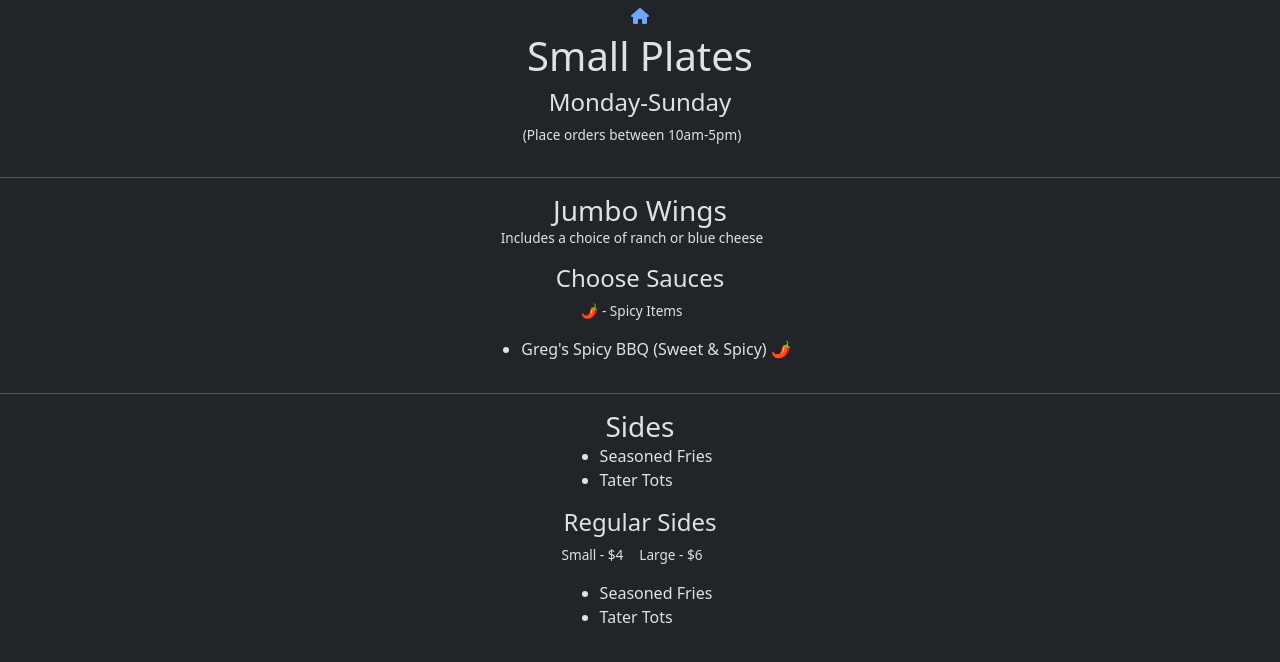
Repository: dukedward/smokehousemenu
Page: plates/index.html
The author's editor kept a copy of each file at every save. The page is drawn from the files as they stood at one save, then again after the next save.
The browser window is 1280 px wide. The pictures show the whole page.
Some web libraries are served in a nearby version.

Above is the page before, as saved 2023-03-06 13:23:26.

### plates/index.html
<!DOCTYPE html>
<html lang="en" data-bs-theme="dark">
<head>
    <meta charset="UTF-8">
    <meta http-equiv="X-UA-Compatible" content="IE=edge">
    <meta name="viewport" content="width=device-width, initial-scale=1.0">
    <link rel="stylesheet" href="https://cdnjs.cloudflare.com/ajax/libs/font-awesome/6.3.0/css/all.min.css" integrity="sha512-SzlrxWUlpfuzQ+pcUCosxcglQRNAq/DZjVsC0lE40xsADsfeQoEypE+enwcOiGjk/bSuGGKHEyjSoQ1zVisanQ==" crossorigin="anonymous" referrerpolicy="no-referrer" />
    <link href="https://cdn.jsdelivr.net/npm/bootstrap@5.3.0-alpha1/dist/css/bootstrap.min.css" rel="stylesheet" integrity="sha384-GLhlTQ8iRABdZLl6O3oVMWSktQOp6b7In1Zl3/Jr59b6EGGoI1aFkw7cmDA6j6gD" crossorigin="anonymous">
    <link rel="stylesheet" href="../style.css" />
    <link rel="shortcut icon" href="../images/favicon.ico" type="image/x-icon">
    <title>Small Plates</title>
</head>
<body>
    <div class="title">
        <a href="/">
            <i class="fa-solid fa-house mt-2 mb-2"></i>
        </a>
        <h1>Small Plates</h1>
        <h4>Monday-Sunday</h4>
        <p>(Place orders between 10am-5pm)</p>
    </div>
    <!-- <hr>
    <div class="sections">
        <div class="sect">
            <h3>Jumbo Wings</h3>
            <div class="desc">
                <p>Includes a choice of ranch or blue cheese</p>
            </div>
            <div class="sub-sect">
                <h4>Choose Amount:</h4>
                <ul>
                    <li>5pc - $7.50</li>
                    <li>10pc - $13</li>
                    <li>20pc - $22</li>
                    <li>30pc - $31</li>
                </ul>
            </div>
            <div class="sub-sect">
                <h4>Choose Style:</h4>
                <ul>
                    <li>Traditional Fried</li>
                    <li>Smoke Fried</li>
                    <li>Signature Wild Wings</li>
                </ul>
            </div>
            <div class="sub-sect">
                <h4>Choose Sauces:</h4>
                <div class="desc">
                    <p>🌶️ - Spicy items</p>
                </div>
                <ul>
                    <li>Greg's Sweet BBQ</li>
                    <li>Sweet Teriyaki</li>
                    <li>Garlic Parmesan</li>
                    <li>Honey Mustard</li>
                    <li>Lemon Pepper</li>
                    <li>Carolina Gold 🌶️</li>
                    <li>Buffalo Sauce 🌶️</li>
                    <li>Hot Garlic 🌶️</li>
                    <li>Hot Honey Garlic 🌶️</li>
                    <li>Greg's Spicy BBQ (Sweet & Spicy) 🌶️</li>
                    <li>Honey Sriracha 🌶️</li>
                    <li>Spicy Honey Mustard 🌶️</li>
                    <li>Sweet Thai Chili 🌶️</li>
                </ul>
            </div>
        </div>
        <hr>
        <div class="sect">
            <h3>Smoked Pork Ribs</h3>
            <ul>
                <li>(2) Bone - $7</li>
                <li>Half Rack - $17.50</li>
                <li>Full Rack - $33</li>
            </ul>
            <h3>Smoked Beef Ribs</h3>
            <ul>
                <li>(1) Bone - $15</li>
                <li>(2) Bones - $25</li>
            </ul>
        </div>
        <hr>
        <div class="sect">
            <h3>Regular Sides</h3>
            <div class="desc">
                <p>Small - $4</p>
                <p>Large - $6</p>
            </div>
            <ul>
                <li>Seasoned Fries</li>
                <li>Tater Tots</li>
            </ul>
            <h3>Specialty Sides</h3>
            <div class="desc">
                <p>Cup - $7</p>
                <p>Pint - $12</p>
                <p>Quart - $21</p>
            </div>
            <ul>
                <li>White chedder Mac-n-Cheese</li>
                <li>Mommas Baked Beans (made w/ beef)</li>
                <li>Southern Green Beans (made w/ Turkey)</li>
            </ul>
            <h3>Garlic Toast</h3>
            <ul>
                <li>Small Basket (3) - $4</li>
                <li>Large Basket (6) - $6</li>
            </ul>
        </div>
        <hr>
        <div class="sect">
            <h3>Plates</h3>
            <div class="desc">
                <p>Includes 1 side & garlic toast</p>
                <p>$3 extra for specialty sides</p>
            </div>
            <ul>
                <li>Fried Shrimp Plate - $16</li>
                <li>Fried Catfish Plate - $16</li>
                <li>Small Wing Plate (5) - $10</li>
                <li>Large Wing Plate (10) - $16</li>
                <li>Chicken Finger Plate (4) - $12</li>
                <li>BBQ Chicken Plate (Leg & Thigh) - $11</li>
                <li>Fried Chicken Plate (Leg & Thigh) - $12</li>
                <li>Pulled Pork (1/2 lb) - $13</li>
                <li>Pork Rib Plate (4) - $15</li>
                <li>Beef Short Rib Plate (1/2 lb) - $20</li>
                <li>Smoked Sausage (1 lb Sliced) - $12</li>
            </ul>
        </div>
        <hr>
        <div class="sect">
            <h3>Sandwiches</h3>
            <div class="desc">
                <p>Includes one side</p>
            </div>
            <ul>
                <li>Chicken Sandwich - $13</li>
                <li>Short Rib Sandwich - $18</li>
                <li>Sausage & Peppers Pork - $15</li>
                <li>Cheese Burger - $11</li>
            </ul>
            <h3>Sliders</h3>
            <div class="desc">
                <p>Includes one side and sauce of choice</p>
            </div>
            <ul>
                <li>Chicken Sliders - $12</li>
                <li>Pulled Pork Sliders - $14</li>
                <li>Beef Short Rib Sliders - $16</li>
                <li>Mix-n-Match Sliders - $15</li>
            </ul>
        </div>
        <hr>
        <div class="sect">
            <h3>Add Ons</h3>
            <ul>
                <li>Side Shrimp (1/4 lb) - $7</li>
                <li>Catfish (1) - $7</li>
                <li>Chicken Finger (1) - $3</li>
                <li>Pork Sausage (1) - $7</li>
            </ul>
        </div>
    </div> -->
    <div class="bottom"></div>
    <script src="https://cdn.jsdelivr.net/npm/bootstrap@5.3.0-alpha1/dist/js/bootstrap.bundle.min.js" integrity="sha384-w76AqPfDkMBDXo30jS1Sgez6pr3x5MlQ1ZAGC+nuZB+EYdgRZgiwxhTBTkF7CXvN" crossorigin="anonymous"></script>
    <script src="../script.js"></script>
</body>
</html>

### style.css
.container {
    height: 100vh;
}

.title {
	display: flex;
	flex-direction: column;
	justify-content: center;
	align-items: center;
}

.sections {
	display: grid;
}

.sect, .sub-sect {
	display: flex;
	flex-direction: column;
	justify-content: left;
	align-items: center;
}

.sect h2,h3 {
    margin-bottom: 0;
}

.desc {
    display: flex;
    flex-direction: row;
    justify-content: space-between;
}

.desc p,.title p {
    padding-right: 1rem;
    font-size: .85rem;
}

### script.js
// Collecting DOM Elements
const bottom = document.querySelector('.bottom');
const sections = document.querySelector('.sections');

// API Data
const categories = [
    {
        name: 'Jumbo Wings',
        hasSubSection: true,
        description: [
            {
                text: 'Includes a choice of ranch or blue cheese',
            },
        ],
    },{
        name: 'Sides',
        hasSubSection: true,
        description: [],
    },
];
const products = [
    {
        name: 'Greg\'s Spicy BBQ (Sweet & Spicy) 🌶️',
        image: '',
        price: 0,
        category: {
            _id: '640533ab345c72c36a197c35',
            name: 'Jumbo Wings'
        },
    }, {
        name: 'Seasoned Fries',
        image: '',
        price: 0,
        category: {
            _id: '87689736897163987',
            name: 'Sides'
        }
    }, {
        name: 'Tater Tots',
        image: '',
        price: 0,
        category: {
            _id: '87689736897163987',
            name: 'Sides'
        }
    }
];
const subCategories = [
    {
        name: 'Choose Sauces',
        description: [
            {
                text: '🌶️ - Spicy Items',
            },
        ],
        category: {
            _id: '640533ab345c72c36a197c35',
            name: 'Jumbo Wings'
        },
    }, {
        name: 'Regular Sides',
        description: [
            {
                text: 'Small - $4'
            },
            {
                text: 'Large - $6'
            }
        ],
        category: {
            _id: '87689736897163987',
            name: 'Sides'
        }
    }
];

document.body.onload = addSection;

function addSection() {
    let catName, subCatName, prodName = ''
    for(i=0; i < categories.length; i++) {
            catName = categories[i].name;
            // create a new div element
            const lineBreak = document.createElement("hr");
            const newDiv = document.createElement("div");
            newDiv.className = "sect";

            // and give it some content
            // Section Title
            const newSectTitle = document.createElement("h3");
            newSectTitle.innerHTML = catName;

            // Section Description
            console.log(categories[i].description.length);
            const newDesc = document.createElement("div");
            newDesc.className = "desc";
            for(e=0; e < categories[i].description.length; e++ ) {
                const newDescText = document.createElement("p");
                newDescText.innerHTML = categories[i].description[i].text;
                // console.log(categories[i].description[i].text);
                newDesc.appendChild(newDescText);
            }

            if(categories[i].hasSubSection === true) {
                for (s=0; s < subCategories.length; s++) {
                    subCatName = subCategories[s].category.name
                    if (catName === subCatName) {
                        // Sub Section
                        const newSubSect = document.createElement("div");
                        newSubSect.className = "sub-sect";

                        // Sub Section Title
                        const newSubSectTitle = document.createElement("h4");
                        newSubSectTitle.innerHTML = subCategories[s].name;

                        // Sub Section Description
                        const newSubSectDesc = document.createElement('div');
                        newSubSectDesc.className = "desc";
                        for (d=0; d < subCategories[s].description.length; d++) {
                            const newSubSectDescText = document.createElement("p");
                            newSubSectDescText.innerHTML = subCategories[s].description[d].text;
                            newSubSectDesc.appendChild(newSubSectDescText);

                            // Sub Section List
                            const newSubSectList = document.createElement('ul');
                            for (p=0; p < products.length; p++) {
                                prodName = products[p].category.name
                                if (catName === prodName) {
                                    const newSubSectListItem = document.createElement('li');
                                    newSubSectListItem.innerHTML = products[p].name
                                    newSubSectList.appendChild(newSubSectListItem)
                                }

                            }
                            // Appending all elements to Sub Section
                            newSubSect.appendChild(newSubSectTitle)
                            newSubSect.appendChild(newSubSectDesc)
                            newSubSect.appendChild(newSubSectList)

                            // Appending all elements to Parent Div
                            newDiv.appendChild(newSectTitle);
                            newDiv.appendChild(newDesc);
                            newDiv.appendChild(newSubSect)
                        }
                    }
                }
            } else {
                //  Section List
                const newSectList = document.createElement('ul');
                for (p=0; p < products.length; p++) {
                    const newSectListItem = document.createElement('li');
                    newSectListItem.innerHTML = products[p].name
                    newSectList.appendChild(newSectListItem)
                }

                // Appending all elements to Parent Div
                newDiv.appendChild(newSectTitle);
                newDiv.appendChild(newDesc);
                newDiv.appendChild(newSectList)
            }

            // add the newly created element and its content into the DOM
            document.body.insertBefore(lineBreak, bottom)
            document.body.insertBefore(newDiv, bottom)
            }
}

After the next save:
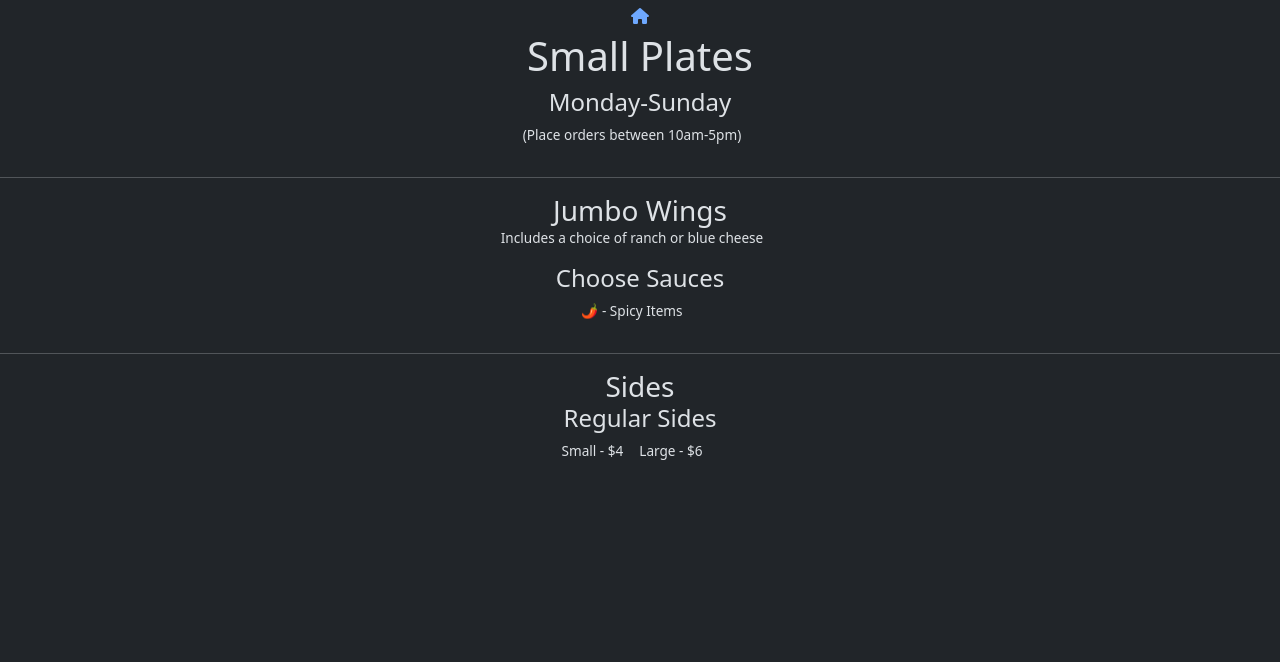
Saved 6 s later.
--- a/script.js
+++ b/script.js
@@ -135,7 +135,7 @@
                             // Appending all elements to Sub Section
                             newSubSect.appendChild(newSubSectTitle)
                             newSubSect.appendChild(newSubSectDesc)
-                            newSubSect.appendChild(newSubSectList)
+                            // newSubSect.appendChild(newSubSectList)
 
                             // Appending all elements to Parent Div
                             newDiv.appendChild(newSectTitle);

After the save that followed:
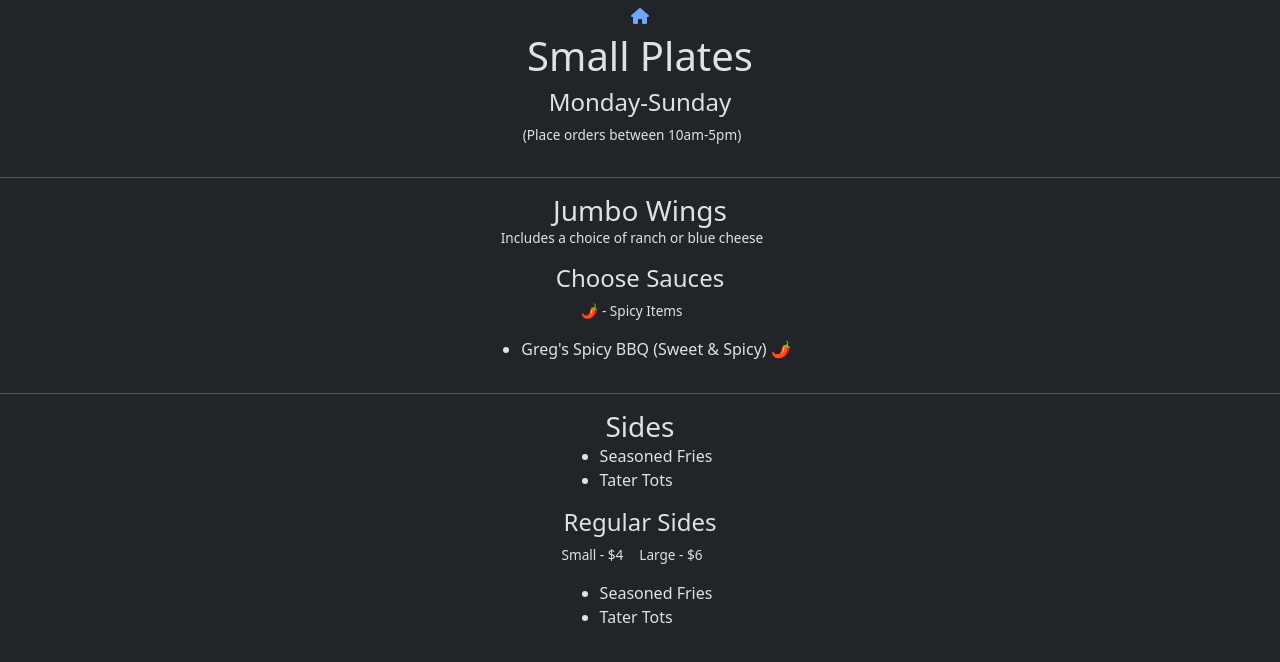
Saved 6 s later.
--- a/script.js
+++ b/script.js
@@ -135,7 +135,7 @@
                             // Appending all elements to Sub Section
                             newSubSect.appendChild(newSubSectTitle)
                             newSubSect.appendChild(newSubSectDesc)
-                            // newSubSect.appendChild(newSubSectList)
+                            newSubSect.appendChild(newSubSectList)
 
                             // Appending all elements to Parent Div
                             newDiv.appendChild(newSectTitle);
